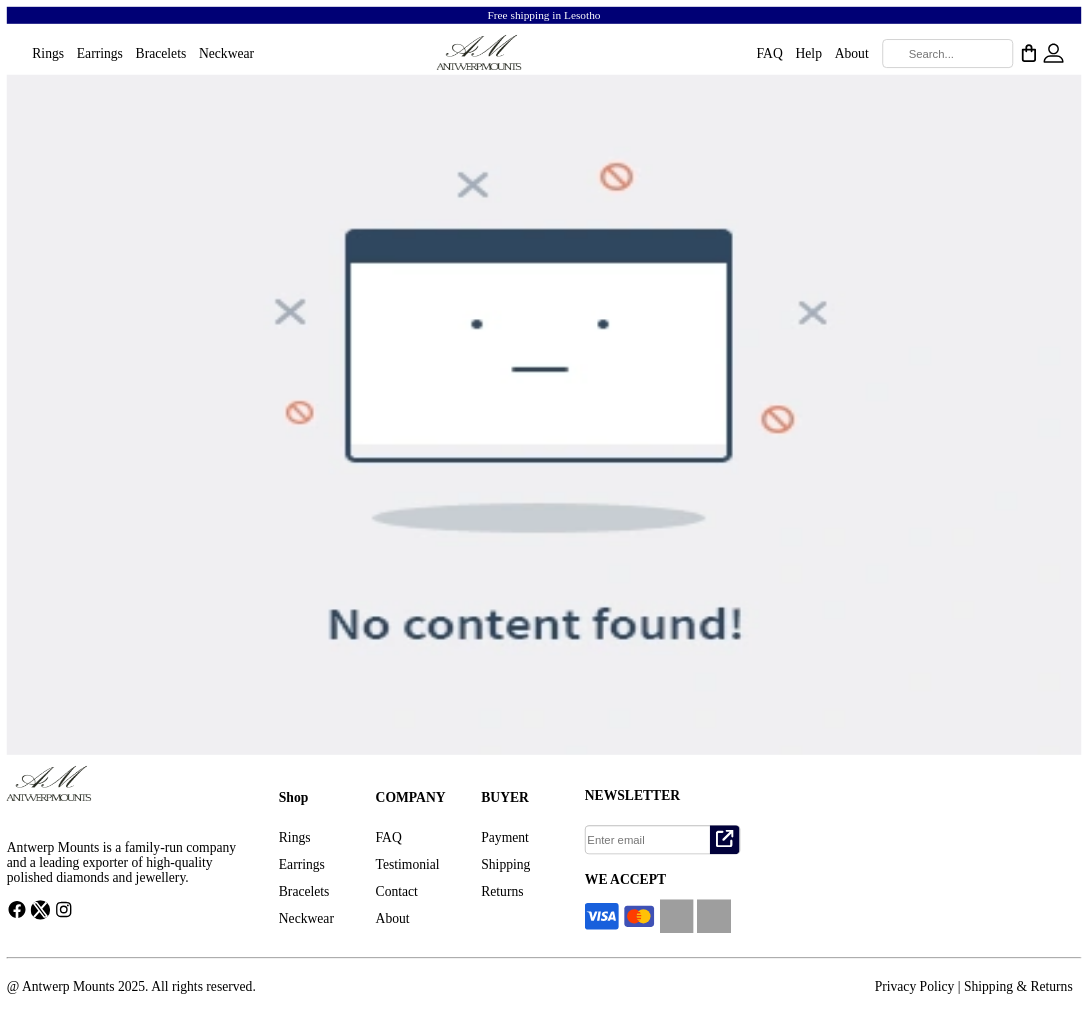
Repository: kea-0424/Web-Development-Project-1
Page: First_collaboration/JewelarySite.html
An editor plug-in stored every save of this project. The page is shown before and after a run of saves, followed by the edit.
The browser window is 1280 px wide. The pictures show the whole page, at 85% of full size.
Pictures or frames that could not be fetched are drawn as grey boxes.

Above is the page before, as saved 2025-01-23 11:11:24.

### First_collaboration/JewelarySite.html
<!DOCTYPE html>
<html lang="en">
<head>
    <meta charset="UTF-8">
    <meta name="viewport" content="width=device-width, initial-scale=1.0">
    <title>Document</title>
    <link rel="stylesheet" href="./JewelarySite.css">
</head>
<body>
    <header>
        <div class="notification">
            <span>Free shipping in Lesotho</span>
        </div>
        <nav>
                <ul class="navigations"  id="right_nav">
                    <li class="navbar_links"><a href="#">Rings</a></li>
                    <li class="navbar_links"><a href="#">Earrings</a></li>
                    <li class="navbar_links"><a href="#">Bracelets</a></li>
                    <li class="navbar_links"><a href="#">Neckwear</a></li>
                </ul>

            <div class="logo_container">
<img src="Main_Logo-removebg-preview.png" alt="Logo" class="main_logo" id="Nav_logo">
            </div>
                <ul class="navigations" id="left_nav">
                    <li class="navbar_links"><a href="#">FAQ</a></li>
                    <li class="navbar_links"><a href="#">Help</a></li>
                    <li class="navbar_links"><a href="#">About</a></li>
                </ul>
                <form action="#">
                    <i class='bx bx-search-alt-2'></i>
                    <input class='searchbar' type="text" placeholder="Search...">
                </form>
                <div class="nav_icons">
                    <img src="./cart.svg" alt="Logo" class="icon">
                    <img src="./profile.svg" alt="Logo" class="icon">
                </div>
        </nav>
    </header>
    <main>
        <img src="./NoContent.webp" alt="No_Content" class="No_Content">
    </main>
    <footer>
        <div class="about_us">
            <div class="logo_container">
                <img src="Main_Logo-removebg-preview.png" alt="Logo" class="main_logo">
                            </div>
                            <div class="bio">
                                <p>Antwerp Mounts is a family-run company<br>
                                    and a leading exporter of high-quality<br>
                                   polished diamonds and jewellery.</p>
                            </div>
                                <div class="social_media">
                                    <div class="socials" >
                                        <a href="#"><img src="./bxl-facebook-circle (1).svg" alt="Facebook" id="facebook_link"></a>
                                    </div>
                                    <div class="socials">
                                        <a href="#"><img src="./x-twitter-brands-solid.svg" alt="Twitter" id="X_link"></a>
                                    </div>
                                    <div class="socials">
                                        <a href="#"><img src="./bxl-instagram (1).svg" alt="Instagram" id="instagram_link"></a>
                                    </div>
                                    </div>
        </div>
        <div class="navigation">
            <div class="list1">
                <h4>Shop</h4>
                <ul class="footer_lists">
                    <li><a href="#">Rings</a></li>
                    <li><a href="#">Earrings</a></li>
                    <li><a href="#">Bracelets</a></li>
                    <li><a href="#">Neckwear</a></li>
                </ul>
            </div>
            <div class="list2">
               <h4>COMPANY</h4>
               <ul class="footer_lists">
                <li><a href="#">FAQ</a></li>
                <li><a href="#">Testimonial</a></li>
                <li><a href="#">Contact</a></li>
                <li><a href="#">About</a></li>
               </ul>
            </div>
            <div class="list3">
                <h4>BUYER</h4>
                <ul class="footer_lists">
                    <li><a href="#">Payment</a></li>
                    <li><a href="#">Shipping</a></li>
                    <li><a href="#">Returns</a></li>
                </ul>
            </div>
        </div>
        <div class="Subscription">
            <h4>NEWSLETTER</h4>
            <form action="#">
                <input type="text" placeholder="Enter email" class="newsletter_input">
                <button type="submit" class="submit_btn"><img src="./arrow-up-right-from-square-solid.svg" alt="arrow"></button>
            </form>
            <h4>WE ACCEPT</h4>
            <div class="payment_methods">
                <div class="payment_method">
                    <img src="./cc-visa-brands-solid.svg" alt="visa" id="visa">
                </div>
                <div class="payment_method">
                    <img src="mastercard.svg" alt="mastercard" id="mastercard">
                </div>
                <div class="payment_method">
                    <img src="./paypal.svg" alt="paypal" id="paypal">
        </div>
        <div class="payment_method">
            <img src="./skrill.svg" alt="skrill" id="skrill">
        </div>
            </div>
        </div>
        <hr>
        <div class="copyright">
            <p class="left_details">@ Antwerp Mounts 2025. All rights reserved.</p>
            <p class="right_details">Privacy Policy | Shipping & Returns</p>
        </div>
    </footer>
</body>
</html>

### First_collaboration/JewelarySite.css

body {
    box-sizing: border-box;
}
.notification {
    background-color: rgb(0 0 117);
    color: rgb(255 255 255);
    display: flex;
    align-items: center;
    justify-content: center;
    font-size: smaller;
    width: inherit;
    height: 20px;
}
nav {
    display: flex;
    justify-content: space-between;
    /*padding: 10px;*/
}
.main_logo {
    height: 80px;
    width: 100px;
    margin-top: 0;

}
#Nav_logo {
    margin: 0 auto;
    position: absolute;
    left: 40%;
}
.navigations,.navbar_links {
    list-style-type: none;
    display: flex;
    justify-content: space-between;
list-style: none;
text-decoration: none;
color: inherit;
margin-right: 15px;
padding: 0;
}
nav {
    position:relative;
    width: 100%;
    height: 60px
}

a {
    text-decoration: none;
color: inherit;
}
a:hover {
    /*font-size: larger;*/
    transition: font-size 0.2s ease-in-out;
    position: relative;
    /*background-color: blue;*/
    color: rgba(0 0 255 / 0.26);
    border-radius: 3px;
}
main,.No_Content {
    width: 100%;
    height: 800px;
}
.searchbar {
    width: 120px;
    height: 30px;
    border-radius: 5px;
    border: 1px solid #ccc;
    margin-top: 18px;
    padding-left: 30px;
    position: absolute;
    right: 80px;

}
.navbar_links {
    margin-top: 10px;
}
.icon {
    width: 25px;
    height: 25px;
    margin-top: 22px;
}
#left_nav{
    position: absolute;
    right: 220px;
}
#right_nav {
    position: absolute;
    left: 30px;
}
.nav_icons {
    margin-right: 20px;
}
.socials {
    /*border: 1px solid red;*/
    display: inline;
    height: 50px;
    width: 50px;
}
.bio {
    /*border: 1px solid red;*/
    display: inline-block;
}
#X_link {
    background-color: black;
    height: 23px;
    width: 23px;
    border-radius: 50%;
    display: inline-block;
}
/*.list1,.list2,.list3*/.navigation{
    /*border: 1px solid red;*/
    display: inline-block;
    position: absolute;
    left: 320px;
    top: 20px;
box-sizing: border-box;
}
footer {
    /*border: 1px solid red;*/
    position: relative;
}
.list1,.list2,.list3 {
    /*border: 1px solid red;*/
    display: inline-block;
    box-sizing: border-box;
    margin-right: 5px;
}
.list3 {
    position: relative;
    bottom: 32px;
}
.footer_lists {
    position: relative;
    right: 40px;
    list-style: none;
    line-height: 2em;
}
.newsletter_input {
    height: 30px;
    overflow: hidden;
    border-radius: 5px;
    border: 1px solid rgba(0 0 0 / 0.25);
    position: relative;
    /*z-index: 1;*/
}
.submit_btn {
    background-color: rgb(2 2 59);
    border: 1px solid transparent;
    height: 34px;
    width: 35px;
    position: relative;
    right: 40px;
    top: 4px;
    border-radius:0px 5px 5px 0px;
}
#visa, #mastercard, #paypal, #skrill {
    height: 40px;
    width: 40px;
}
#visa:hover, #mastercard:hover, #paypal:hover, #skrill:hover {
    height: 50px;
    width: 50px;
}
.payment_method {
    /*border: 1px solid red;*/
    display: inline-block;
    position: relative;
    bottom: 8px;
}
.Subscription {
/*border: 1px solid red;*/
display: inline;
position: absolute;
left: 680px;
top:18px;
}
hr {
    margin-top: 40px;
}
.copyright {
   /* border: 1px solid red;*/
    position: relative;
}
.left_details {
    /*border: 1px solid red;*/
    display: inline-block;
}
.right_details {
    /*border: 1px solid red;*/
    display: inline;
    position: absolute;
    right: 10px;
}

After the next 2 saves:
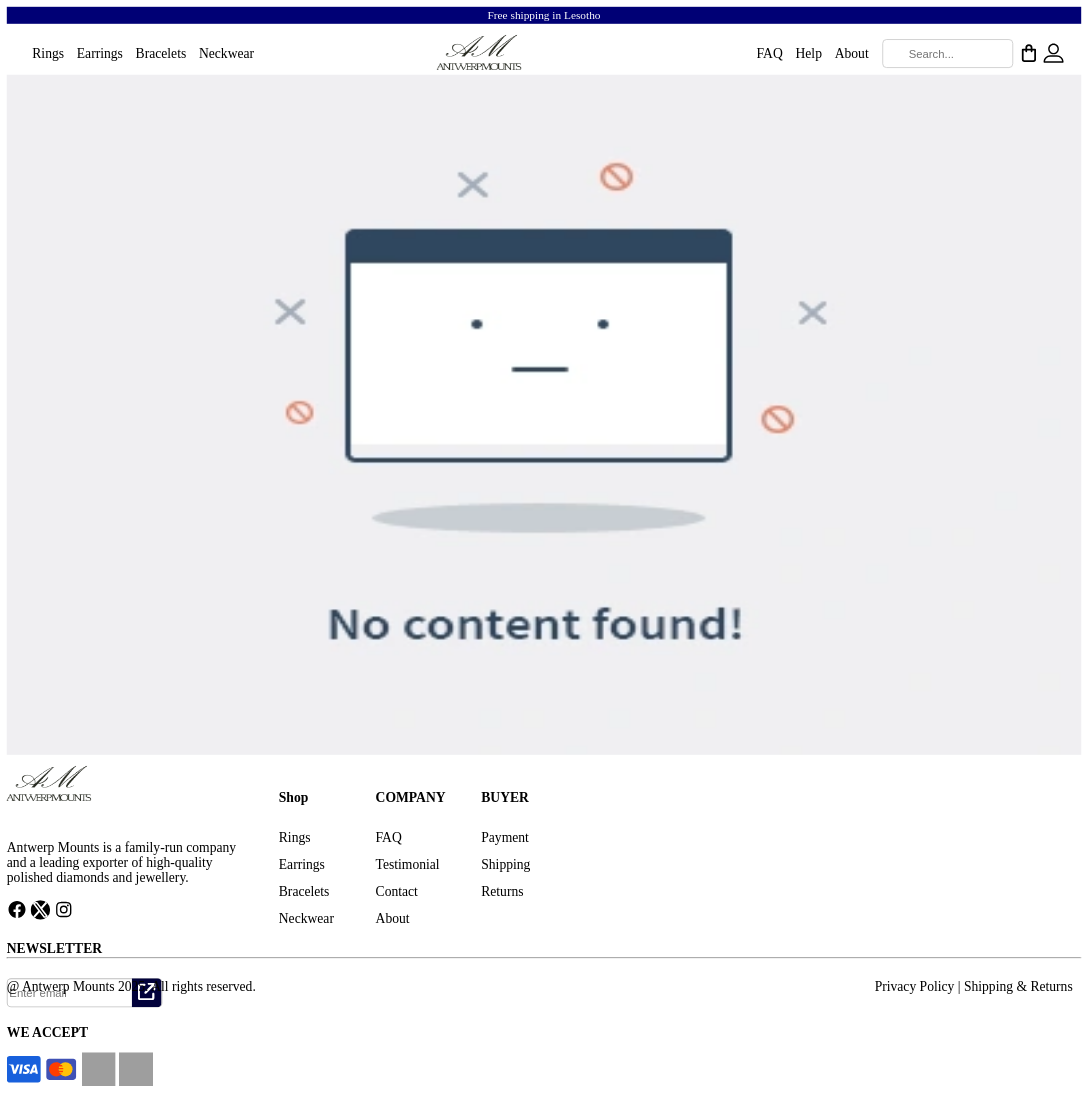
The 2 saves are shown as one change because they came seconds apart.
The last was saved 13 s later.
--- a/First_collaboration/JewelarySite.css
+++ b/First_collaboration/JewelarySite.css
@@ -171,7 +171,7 @@
 /*border: 1px solid red;*/
 display: inline;
 position: absolute;
-left: 680px;
+left: /*680px;*/
 top:18px;
 }
 hr {

After the save that followed:
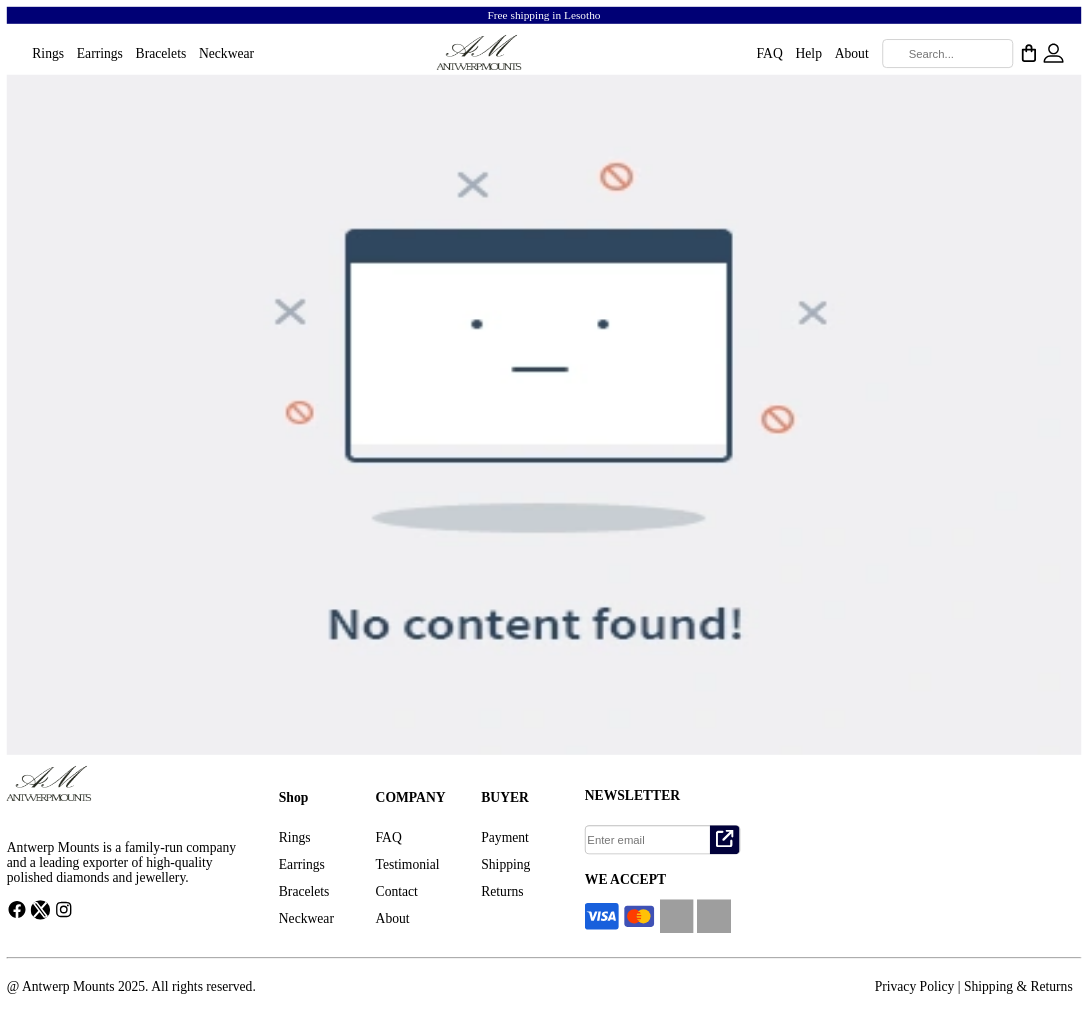
Saved 20 s later.
--- a/First_collaboration/JewelarySite.css
+++ b/First_collaboration/JewelarySite.css
@@ -171,7 +171,7 @@
 /*border: 1px solid red;*/
 display: inline;
 position: absolute;
-left: /*680px;*/
+left: 680px;
 top:18px;
 }
 hr {
